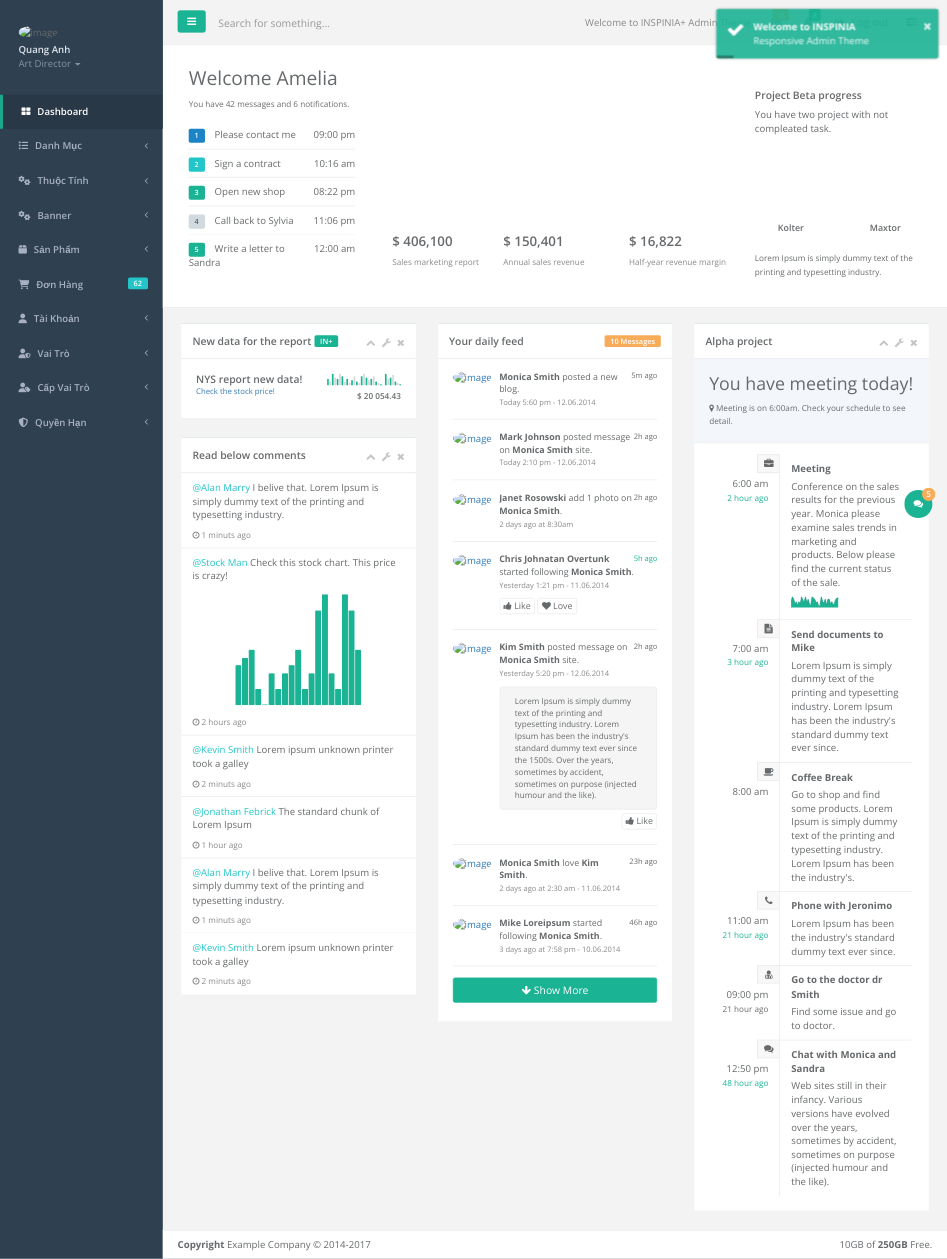
Repository: anhnqph37744/datn-nalure-fishing
Page: http://localhost/dashboard
An editor plug-in stored every save of this project. The page is shown before and after the next save, followed by the edit.
The browser window is 1280 px wide. The pictures show the whole page, at 74% of full size.
The page is served by the project's Laravel application, run on PHP 8.4 with Laravel 10.

Above is the page before, as saved 2025-03-16 21:38:28.
Console error: TypeError: Cannot read properties of undefined (reading 'plugins')

After the next save:
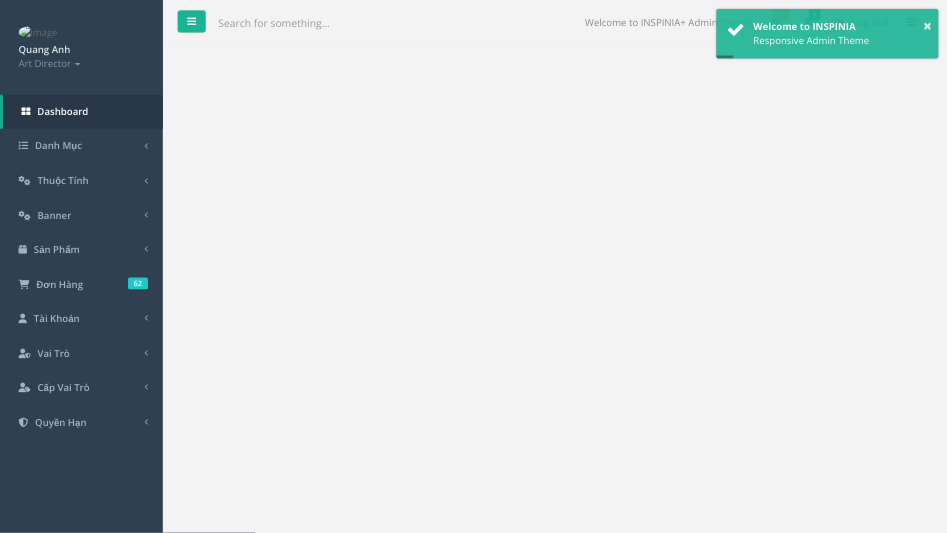
Saved 4 min 0 s later.
--- a/resources/views/admin/layouts/main.blade.php
+++ b/resources/views/admin/layouts/main.blade.php
@@ -28,7 +28,7 @@
             <div class="row border-bottom">
                 @include('admin.layouts.__nav')
             </div>
-            @yield('main')
+            @yield('content')
         </div>
     </div>
 
